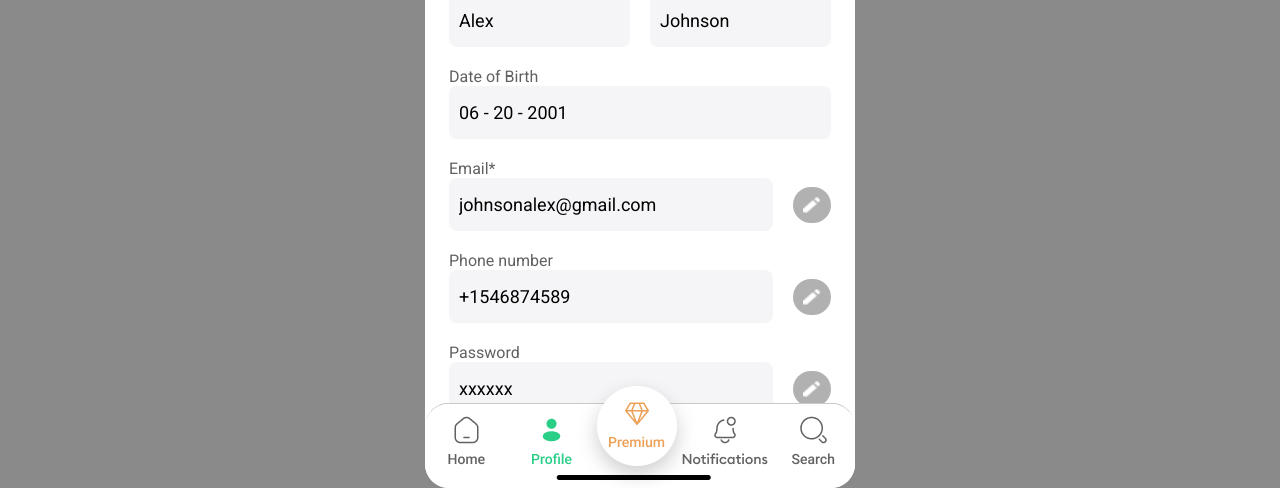
Repository: AytacSafarova/Task-figma-ui
Page: index.html
The author's editor kept a copy of each file at every save. The page is drawn from the files as they stood at one save, then again after a run of saves.
The browser window is 1280 px wide. The pictures show the part of the page from y = 300 to 842 px (the page is 788 px tall before and 842 px after).

Above is the page before, as saved 2023-02-25 17:57:04.

After the next 2 saves:
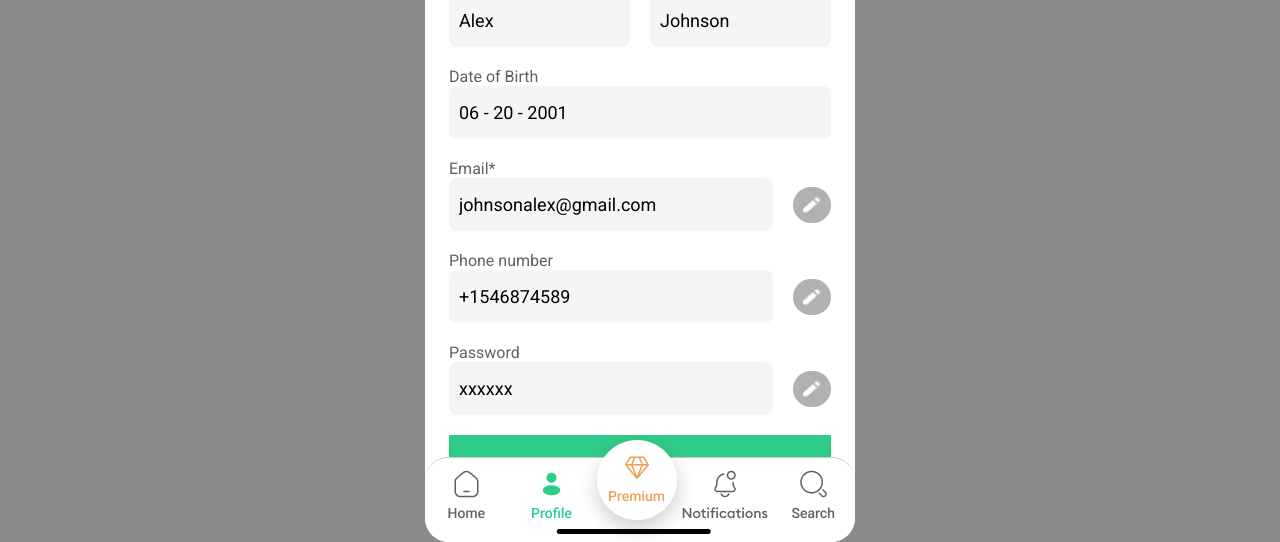
The 2 saves are shown as one change because they came seconds apart.
The last was saved 26 s later.
--- a/index.css
+++ b/index.css
@@ -55,6 +55,7 @@
   border-radius: 24px;
   background-color: #ffffff;
   padding-top: 34px;
+  padding-bottom: 34px;
   padding-left: 24px;
   padding-right: 24px;
 }

After the save that followed:
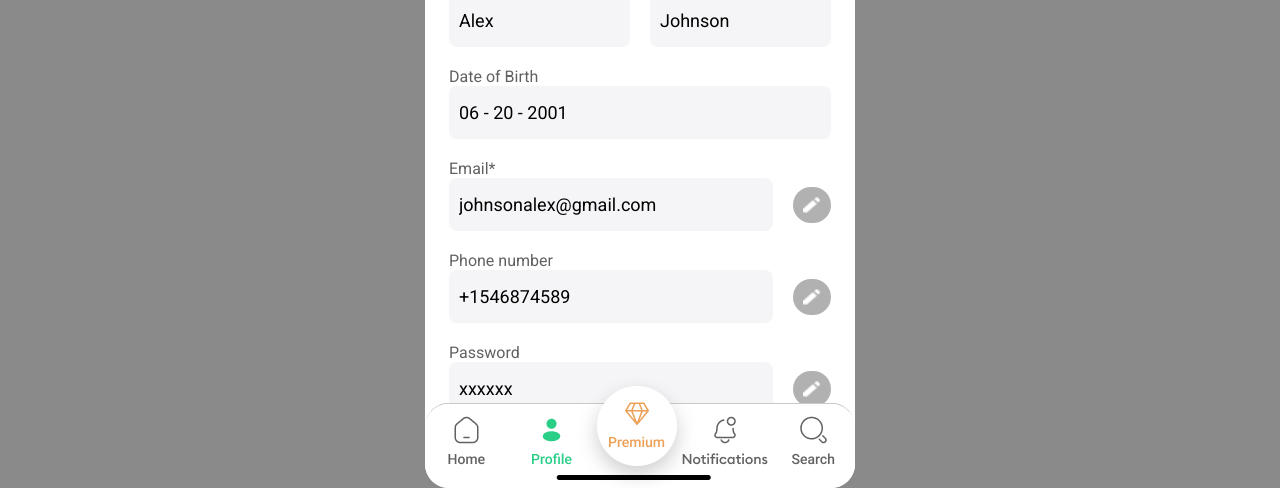
Saved 25 s later.
--- a/index.css
+++ b/index.css
@@ -55,7 +55,6 @@
   border-radius: 24px;
   background-color: #ffffff;
   padding-top: 34px;
-  padding-bottom: 34px;
   padding-left: 24px;
   padding-right: 24px;
 }
